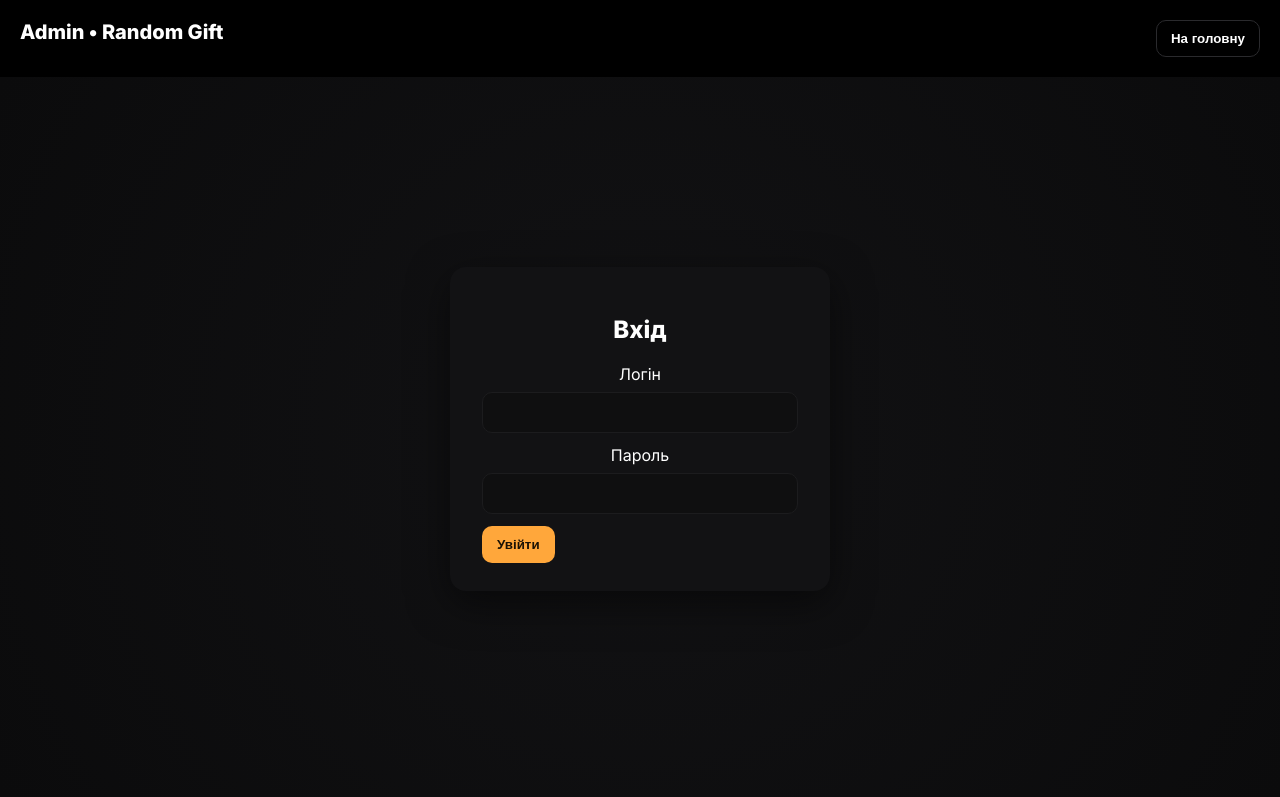
Repository: torunok/random-gift-roman
Page: docs/admin.html
These files come from the project's save history. The page is drawn as it stood at one moment and after the next save; the edit follows.
The browser window is 1280 px wide. The pictures show the whole page.

Above is the page before, as saved 2025-11-10 21:30:03.

### docs/admin.html
<!DOCTYPE html>
<html lang="uk">
  <head>
    <meta charset="utf-8" />
    <meta name="viewport" content="width=device-width, initial-scale=1" />
    <title>Admin • Random Gift</title>
    <link rel="preconnect" href="https://fonts.googleapis.com" />
    <link rel="preconnect" href="https://fonts.gstatic.com" crossorigin />
    <link href="https://fonts.googleapis.com/css2?family=Inter:wght@400;600;800&display=swap" rel="stylesheet" />
    <link rel="stylesheet" href="./styles.css" />
    <style>
      /* ВАЖЛИВО: керує видимістю вкладок */
      .tabpane {
        display: none;
      }
      .tabpane.active {
        display: block;
      }
      .muted {
        opacity: 0.8;
      }
      .preview-img {
        max-width: 240px;
        display: none;
        border-radius: 12px;
        box-shadow: 0 4px 18px rgba(0, 0, 0, 0.15);
      }
      .btn-group {
        display: inline-flex;
        gap: 8px;
        flex-wrap: wrap;
      }
      .td-actions {
        display: flex;
        gap: 8px;
      }
    </style>
  </head>
  <body>
    <div class="admin">
      <header class="header header--admin">
        <h1>Admin • Random Gift</h1>
        <button class="btn btn-ghost" onclick="window.location.href='https://torunok.github.io/random-gift-roman/admin'">На головну</button>
      </header>

      <main class="admin-main">
        <!-- ЛОГІН -->
        <section id="loginView" class="card">
          <h2>Вхід</h2>
          <label class="field">
            <span>Логін</span>
            <input id="admUser" type="text" />
          </label>
          <label class="field">
            <span>Пароль</span>
            <input id="admPass" type="password" />
          </label>
          <div class="actions">
            <button id="btnLogin" class="btn btn-primary">Увійти</button>
          </div>
          <div id="loginMsg" class="msg"></div>
        </section>

        <!-- АДМІН -->
        <section id="adminView" class="hidden">
          <div class="admin-tabs" style="margin-bottom: 12px">
            <button data-tab="gifts" class="tab active">Подарунки</button>
            <button data-tab="participants" class="tab">Учасники</button>
          </div>

          <!-- Вкладка: ПОДАРУНКИ -->
          <div id="tab-gifts" class="tabpane active">
            <div class="card">
              <h2>Список подарунків</h2>
              <div class="actions">
                <div class="btn-group">
                  <button id="btnReloadGifts" class="btn btn-ghost">Оновити</button>
                  <button id="btnNewGift" class="btn btn-primary">Додати</button>
                </div>
              </div>

              <div class="table-wrap">
                <table class="table" id="giftsTable">
                  <thead>
                    <tr>
                      <th>ID</th>
                      <th>Назва</th>
                      <th>Активний</th>
                      <th>Дії</th>
                    </tr>
                  </thead>
                  <tbody></tbody>
                </table>
              </div>
            </div>

            <div class="card" id="giftFormWrap" style="display: none">
              <h3 id="giftFormTitle">Новий подарунок</h3>

              <label class="field">
                <span>Назва</span>
                <input id="giftTitle" type="text" />
              </label>

              <label class="field">
                <span>Опис</span>
                <textarea id="giftDesc" rows="4"></textarea>
              </label>

              <label class="field">
                <span>URL зображення</span>
                <input id="giftImg" type="text" placeholder="https://... або /img/gifts/..." />
              </label>

              <div class="field">
                <label for="giftFile">Фото подарунка (jpeg/png/webp, до 10MB)</label>
                <input id="giftFile" type="file" accept="image/jpeg,image/png,image/webp" />
                <div class="row" style="margin-top: 8px">
                  <button id="btnUploadImage" type="button" class="btn btn-ghost">Завантажити фото</button>
                  <small class="muted" id="uploadHint">Після аплоаду поле «URL зображення» заповниться автоматично</small>
                </div>
              </div>

              <div class="field">
                <label>Прев’ю</label>
                <img id="giftPreview" alt="Прев’ю зображення" class="preview-img" />
              </div>

              <label class="check">
                <input id="giftActive" type="checkbox" checked />
                <span>Активний</span>
              </label>

              <div class="actions">
                <div class="btn-group">
                  <button id="btnSaveGift" class="btn btn-primary">Зберегти</button>
                  <button id="btnCancelGift" class="btn btn-ghost">Скасувати</button>
                </div>
              </div>
            </div>
          </div>

          <!-- Вкладка: УЧАСНИКИ -->
          <div id="tab-participants" class="tabpane">
            <div class="card">
              <h2>Учасники</h2>
              <div class="row">
                <input id="searchAssign" type="text" placeholder="Пошук по імені / ніку" />
                <button id="btnReloadAssign" class="btn btn-ghost">Оновити</button>
              </div>

              <div class="table-wrap">
                <table class="table" id="assignTable">
                  <thead>
                    <tr>
                      <th>ID</th>
                      <th>Ім’я</th>
                      <th>Telegram</th>
                      <th>GiftID</th>
                      <th>Час</th>
                      <th>Дії</th>
                    </tr>
                  </thead>
                  <tbody></tbody>
                </table>
              </div>
            </div>
          </div>
        </section>
      </main>
    </div>

    <!-- ВАЖЛИВО: правильний бекенд -->
    <script>
      window.API_BASE = "https://random-gift-roman.myhappyb.workers.dev";
    </script>
    <script src="./admin.js" defer></script>
  </body>
</html>

### docs/styles.css
:root {
    --bg: #0B0B0C;
    --fg: #FFFFFF;
    --muted: #A1A1AA;
    --accent: #FF9F2E;
    --accent-2: #6C9CFF;
    --panel: #121214;
    --border: #1E1E22;
    --panel-2: #0F0F10;

    --radius: 14px;
    --radius-sm: 10px;

    --eio: cubic-bezier(.2, .8, .2, 1);
    /* швидкий старт, сповільнення в кінці */
}

* {
    box-sizing: border-box;
}

html,
body {
    margin: 0;
    padding: 0;
    background: #121214;
    color: var(--fg);
    font-family: Inter, system-ui, -apple-system, Segoe UI, Roboto, Ubuntu, "Helvetica Neue", Arial, sans-serif;
    -webkit-font-smoothing: antialiased;
    -moz-osx-font-smoothing: grayscale;
}

a {
    color: var(--accent-2);
    text-decoration: none;
}

a:hover {
    text-decoration: underline;
}

/* ====== Layout ====== */
.header {
    padding: 20px;
    display: flex;
    justify-content: center;
}

.header h1 {
    font-size: 20px;
    font-weight: 800;
    margin: 0;
}

.header--admin {
    justify-content: flex-start;
}

.main {
    display: flex;
    justify-content: center;
    align-items: center;
    min-height: 60vh;
    padding: 20px;
}

.stage {
    width: min(980px, 94vw);
    min-height: 420px;
    border-radius: var(--radius);
    background: var(--panel);
    padding: 24px;
    position: relative;
    overflow: hidden;
    box-shadow: 0 10px 40px rgba(0, 0, 0, .35);
}

/* ====== Footer ====== */
.footer {
    padding: 20px;
    text-align: center;
    color: var(--muted);
}

/* ====== Modal ====== */
.modal {
    position: fixed;
    inset: 0;
    background: rgba(0, 0, 0, .65);
    display: flex;
    align-items: center;
    justify-content: center;
    z-index: 50;
}

.modal[aria-hidden="true"] {
    display: none;
}

.modal-content {
    background: var(--panel);
    width: min(640px, 94vw);
    padding: 24px;
    border-radius: var(--radius);
    box-shadow: 0 18px 60px rgba(0, 0, 0, .55);
    animation: scale-in .45s var(--eio) forwards;
}

/* ====== Form fields ====== */
.field {
    display: flex;
    flex-direction: column;
    gap: 8px;
    margin: 12px 0;
}

.field input,
.field textarea {
    background: var(--panel-2);
    border: 1px solid var(--border);
    color: var(--fg);
    border-radius: var(--radius-sm);
    padding: 12px;
    outline: none;
    transition: border-color .2s var(--eio), box-shadow .2s var(--eio);
}

.field input:focus,
.field textarea:focus {
    border-color: #2E2E33;
    box-shadow: 0 0 0 4px rgba(108, 156, 255, .12);
}

.check {
    display: flex;
    align-items: center;
    gap: 8px;
    margin: 12px 0;
    color: var(--muted);
}

.actions {
    display: flex;
    gap: 12px;
    margin-top: 12px;
    flex-wrap: wrap;
}

/* ====== Buttons ====== */
.btn {
    appearance: none;
    border: 1px solid transparent;
    padding: 10px 14px;
    border-radius: var(--radius-sm);
    font-weight: 700;
    cursor: pointer;
    transition: transform .12s var(--eio), box-shadow .2s var(--eio), background .2s var(--eio), border-color .2s var(--eio);
}

.btn:hover {
    transform: translateY(-1px);
}

.btn:active {
    transform: translateY(0);
}

.btn:disabled {
    opacity: .5;
    cursor: not-allowed;
}

.btn-primary {
    background: var(--accent);
    color: #1b1205;
}

.btn-primary:hover {
    box-shadow: 0 6px 18px rgba(255, 159, 46, .35);
}

.btn-ghost {
    background: transparent;
    border-color: #2a2a2d;
    color: var(--fg);
}

.btn-ghost:hover {
    border-color: #3A3A3F;
    box-shadow: 0 4px 16px rgba(0, 0, 0, .2);
}

.btn-danger {
    background: #FF5A5A;
    color: #1b0e0e;
}

.btn-danger:hover {
    box-shadow: 0 6px 18px rgba(255, 90, 90, .35);
}

/* ====== Cards & Tables ====== */
.card {
    background: var(--panel);
    padding: 16px;
    border-radius: 12px;
    box-shadow: 0 8px 30px rgba(0, 0, 0, .3);
    margin-bottom: 16px;
}

.table-wrap {
    width: 100%;
    overflow-x: auto;
}

.table {
    width: 100%;
    border-collapse: collapse;
    min-width: 640px;
}

.table th,
.table td {
    border-bottom: 1px solid var(--border);
    padding: 10px;
    text-align: left;
    white-space: nowrap;
}

.td-actions {
    display: flex;
    gap: 8px;
}

/* ====== Helpers ====== */
.hidden {
    display: none;
}

.row {
    display: flex;
    gap: 12px;
    align-items: center;
    margin: 8px 0;
    flex-wrap: wrap;
}

.center {
    display: flex;
    align-items: center;
    justify-content: center;
}

/* ====== Анімації ====== */
.fade-in {
    animation: fade-in .38s var(--eio) forwards;
}

@keyframes fade-in {
    from {
        opacity: 0
    }

    to {
        opacity: 1
    }
}

.slide-left {
    animation: slide-left .44s var(--eio) forwards;
}

@keyframes slide-left {
    from {
        opacity: 0;
        transform: translateX(-28px)
    }

    to {
        opacity: 1;
        transform: none
    }
}

.slide-right {
    animation: slide-right .44s var(--eio) forwards;
}

@keyframes slide-right {
    from {
        opacity: 0;
        transform: translateX(28px)
    }

    to {
        opacity: 1;
        transform: none
    }
}

.scale-in {
    animation: scale-in .42s var(--eio) forwards;
}

@keyframes scale-in {
    from {
        opacity: 0;
        transform: scale(.92)
    }

    to {
        opacity: 1;
        transform: scale(1)
    }
}

/* плавніше затемнення/оверлей */
.ease-slow {
    animation-timing-function: var(--eio);
}

/* ====== Спец екрани ====== */
.full-black {
    position: absolute;
    inset: 0;
    background: #000;
    display: flex;
    align-items: center;
    justify-content: center;
    color: #fff;
    font-size: 28px;
}

/* ====== Контентні блоки ====== */
.gift-wrap {
    display: flex;
    gap: 20px;
    align-items: center;
    justify-content: center;
    flex-wrap: wrap;
}

.gift-img {
    max-width: min(60vw, 480px);
    border-radius: 12px;
    box-shadow: 0 10px 40px rgba(0, 0, 0, .6);
}

.gift-desc {
    max-width: 520px;
    background: #101012;
    border: 1px solid #202026;
    padding: 16px 20px;
    border-radius: 12px;
}

/* ====== Intro ====== */
.intro {
    display: flex;
    gap: 20px;
    align-items: center;
    justify-content: center;
    flex-wrap: wrap;
}

.intro .photo {
    width: 262px;
    height: 440px;
    border-radius: 16px;
    overflow: hidden;
}

.intro .photo img {
    width: 100%;
    height: 100%;
    object-fit: cover;
}

.intro .text {
    max-width: 560px;
}

/* ====== Admin layout (responsive) ====== */
.admin-main {
    display: flex;
    align-items: center;
    justify-content: center;
    height: 100vh;
    background: radial-gradient(circle at center, #121214 0%, #0b0b0c 100%);
}

.admin-tabs {
    display: flex;
    gap: 8px;
    margin-bottom: 12px;
    flex-wrap: wrap;
}

.tab {
    border: 1px solid var(--border);
    background: var(--panel-2);
    color: var(--fg);
    padding: 8px 12px;
    border-radius: 10px;
    cursor: pointer;
}

.tab.active {
    background: #18181B;
    border-color: #2A2A2F;
}

.btn-group {
    display: inline-flex;
    gap: 8px;
    flex-wrap: wrap;
}

/* ====== Модальне вікно ====== */

#loginView.card {
    width: 100%;
    max-width: 380px;
    padding: 28px 32px;
    border-radius: 16px;
    background: var(--panel);
    box-shadow: 0 12px 40px rgba(0, 0, 0, 0.5);
    text-align: center;
}

/* ====== Mobile tweaks ====== */
@media (max-width: 640px) {
    .stage {
        padding: 16px;
    }

    .header h1 {
        font-size: 18px;
    }

    .gift-img {
        max-width: 100%;
    }

    .gift-desc {
        width: 100%;
    }

    .table {
        min-width: 560px;
    }

    .row {
        gap: 8px;
    }

    .btn {
        padding: 10px 12px;
    }
}

:root {
    --bg: #0B0B0C;
    --fg: #FFFFFF;
    --muted: #999;
    --accent: #FFA73B;
    --panel: #121214;
}


* {
    box-sizing: border-box
}

html,
body {
    height: 100%;
    margin: 0;
    padding: 0;
    background: #000000;
    color: var(--fg);
    font-family: Inter, system-ui, -apple-system, Segoe UI, Roboto, Ubuntu, "Helvetica Neue", Arial, sans-serif
}

body {
    display: flex;
    flex-direction: column;
}


.header {
    padding: 20px;
    display: flex;
    justify-content: center
}

.header h1 {
    font-size: 20px;
    font-weight: 800;
    margin: 0
}

.header--admin {
    justify-content: space-between;
}


.main {
    display: flex;
    justify-content: center;
    align-items: center;
    min-height: 60vh;
    padding: 20px;
    flex: 1;
}


/* НОВЕ: локальна обгортка для модалки над stage */
.stage-wrap {
    position: relative;
    width: 100%;
    display: flex;
    justify-content: center;
}


.stage {
    align-content: center;
    width: min(980px, 94vw);
    min-height: 420px;
    border-radius: 16px;
    background: var(--panel);
    padding: 24px;
    position: relative;
    /* зберігаємо */
    overflow: hidden
}


.footer {
    padding: 20px;
    text-align: center;
    color: var(--muted);
}


/* Модалка тепер локальна (лише над stage) */
.modal {
    position: absolute;
    /* було fixed */
    inset: 0;
    margin: auto;
    display: flex;
    align-items: center;
    justify-content: center;
    background: rgba(0, 0, 0, .7);
    z-index: 50;
}

.modal[aria-hidden="true"] {
    display: none
}


.modal-content {
    background: var(--panel);
    width: min(640px, 94vw);
    padding: 24px;
    border-radius: 16px;
    box-shadow: 0 10px 40px rgba(0, 0, 0, .5)
}


.field {
    display: flex;
    flex-direction: column;
    gap: 8px;
    margin: 12px 0
}

.field input,
.field textarea {
    background: #0f0f10;
    border: 1px solid #1c1c1e;
    color: var(--fg);
    border-radius: 10px;
    padding: 12px
}


.check {
    display: flex;
    align-items: center;
    gap: 8px;
    margin: 12px 0;
    color: var(--muted)
}


.actions {
    display: flex;
    gap: 12px;
    margin-top: 12px
}


.btn {
    appearance: none;
    border: 1px solid transparent;
    padding: 10px 14px;
    border-radius: 10px;
    font-weight: 600;
    cursor: pointer
}

.btn-primary {
    background: var(--accent);
    color: #1b1205
}

.btn-ghost {
    background: transparent;
    border-color: #2a2a2d;
    color: var(--fg)
}

.btn:disabled {
    opacity: .5;
    cursor: not-allowed
}


.card {
    background: var(--panel);
    padding: 16px;
    border-radius: 12px;
    box-shadow: 0 8px 30px rgba(0, 0, 0, .3);
    margin-bottom: 16px
}


.table {
    width: 100%;
    border-collapse: collapse
}

.table th,
.table td {
    border-bottom: 1px solid #1e1e22;
    padding: 10px;
    text-align: left
}


.hidden {
    display: none
}


.row {
    display: flex;
    gap: 12px;
    align-items: center;
    margin: 8px 0
}


/* Анімації */
.fade-in {
    animation: fade-in .5s ease forwards
}

@keyframes fade-in {
    from {
        opacity: 0
    }

    to {
        opacity: 1
    }
}

.slide-left {
    animation: slide-left .6s ease forwards
}

@keyframes slide-left {
    from {
        opacity: 0;
        transform: translateX(-30px)
    }

    to {
        opacity: 1;
        transform: none
    }
}

.slide-right {
    animation: slide-right .6s ease forwards
}

@keyframes slide-right {
    from {
        opacity: 0;
        transform: translateX(30px)
    }

    to {
        opacity: 1;
        transform: none
    }
}

.scale-in {
    animation: scale-in .5s ease forwards
}

@keyframes scale-in {
    from {
        opacity: 0;
        transform: scale(.92)
    }

    to {
        opacity: 1;
        transform: scale(1)
    }
}


/* Спец екрани */
.full-black {
    position: absolute;
    inset: 0;
    background: #000;
    display: flex;
    align-items: center;
    justify-content: center;
    color: #fff;
    font-size: 28px
}


.center {
    display: flex;
    align-items: center;
    justify-content: center
}


/* Блок подарунку */
.gift-wrap {
    display: flex;
    gap: 20px;
    align-items: center;
    justify-content: center;
    flex-wrap: wrap
}

.gift-img {
    max-width: min(60vw, 480px);
    border-radius: 12px;
    box-shadow: 0 10px 40px rgba(0, 0, 0, .6)
}

.gift-desc {
    max-width: 520px;
    background: #101012;
    border: 1px solid #202026;
    padding: 16px 20px;
    border-radius: 12px
}

Loaded but not shown: docs/admin.js (355 lines, source omitted)

After the next save:
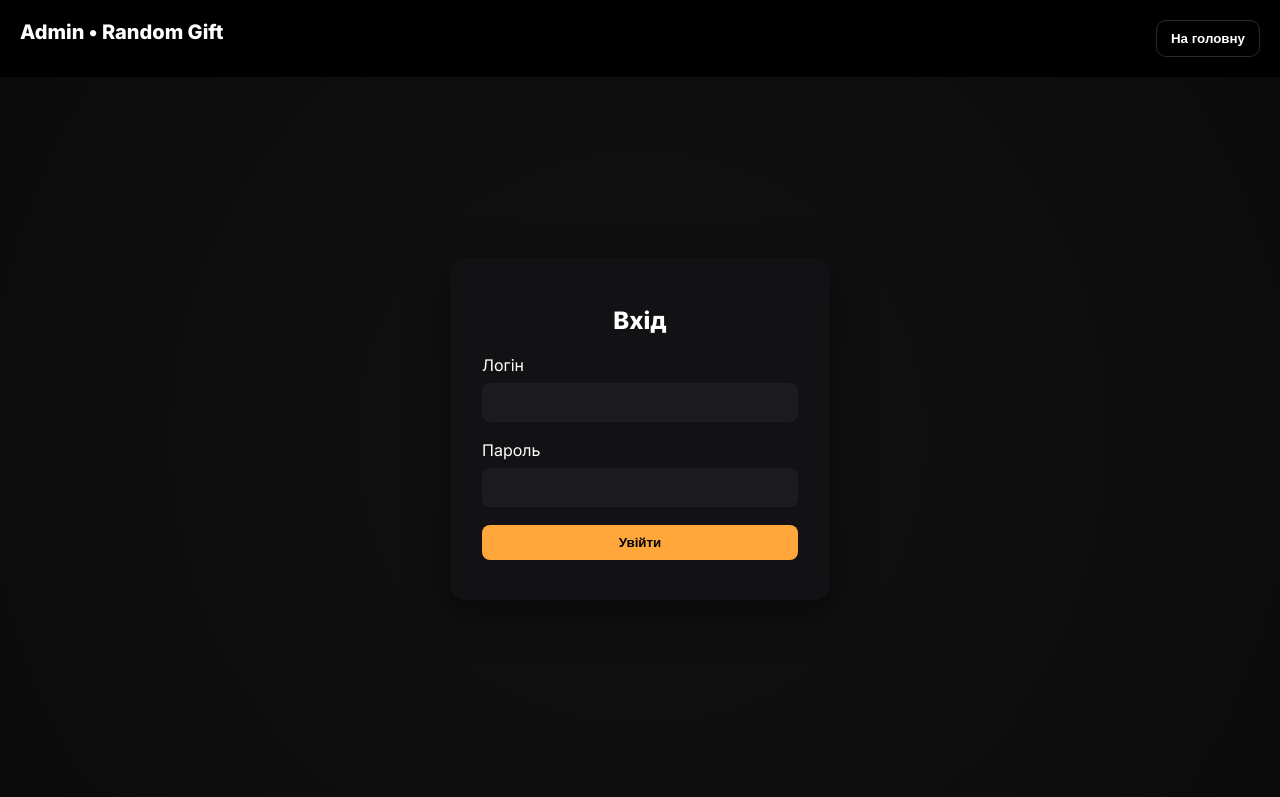
Saved 39 s later.
--- a/docs/styles.css
+++ b/docs/styles.css
@@ -418,6 +418,7 @@ a:hover {
 
 /* ====== Модальне вікно ====== */
 
+/* Візуальний вигляд модального вікна */
 #loginView.card {
     width: 100%;
     max-width: 380px;
@@ -426,6 +427,53 @@ a:hover {
     background: var(--panel);
     box-shadow: 0 12px 40px rgba(0, 0, 0, 0.5);
     text-align: center;
+}
+
+/* Поля вводу */
+#loginView .field {
+    display: flex;
+    flex-direction: column;
+    text-align: left;
+    margin-bottom: 18px;
+}
+
+#loginView input {
+    background: #1c1c1e;
+    border: 1px solid var(--border);
+    border-radius: 8px;
+    padding: 10px 12px;
+    color: #fff;
+    font-size: 15px;
+}
+
+#loginView input:focus {
+    outline: none;
+    border-color: var(--accent);
+}
+
+/* Кнопка */
+#btnLogin {
+    width: 100%;
+    padding: 10px;
+    background: var(--accent);
+    color: #000;
+    border: none;
+    border-radius: 8px;
+    font-weight: 600;
+    cursor: pointer;
+    transition: 0.2s ease;
+}
+
+#btnLogin:hover {
+    background: #ffb14f;
+    transform: translateY(-1px);
+}
+
+/* Повідомлення */
+#loginMsg {
+    margin-top: 12px;
+    color: var(--muted);
+    font-size: 14px;
 }
 
 /* ====== Mobile tweaks ====== */
